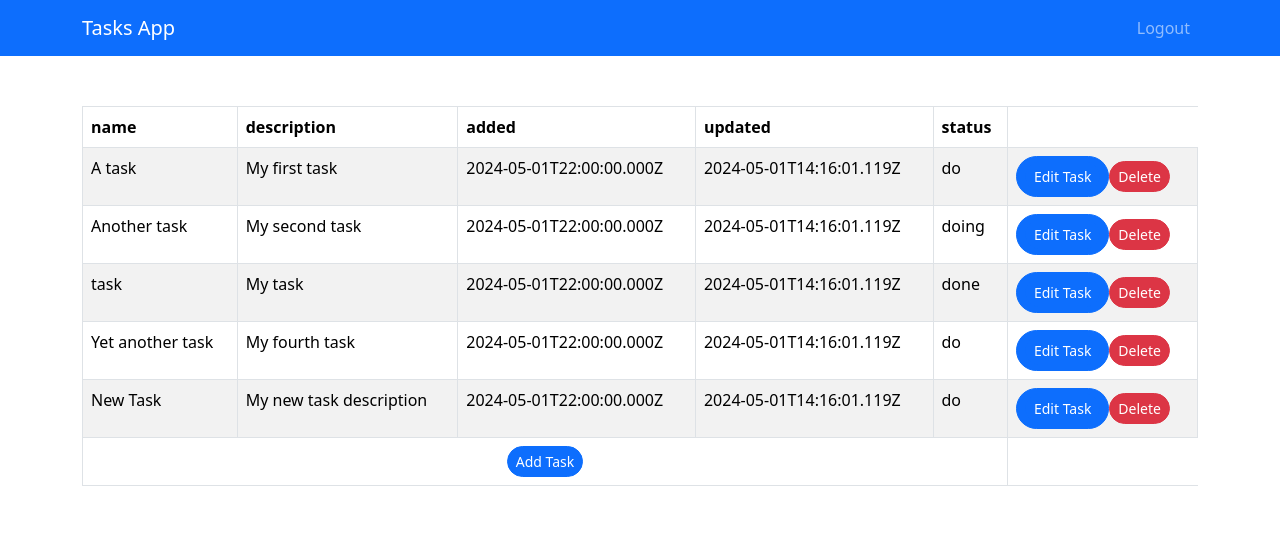
Repository: trider/react-task-manager
Page: /#/tasks
The author's editor kept a copy of each file at every save. The page is drawn from the files as they stood at one save, then again after the next save.
The browser window is 1280 px wide. The pictures show the whole page.
The project was rebuilt for these pictures with package versions that can differ from the ones it lists, and the page was loaded fresh each time. Also part of the build but not shown: src/App.css, src/data/_Users.js, src/pages/Login.js.

Above is the page before, as saved 2024-05-06 15:33:33.

### src/App.js
// import logo from './logo.svg';
import './App.css';
import 'bootstrap/dist/css/bootstrap.min.css';
// import { BrowserRouter, Routes, Route } from "react-router-dom";
import {HashRouter as Router, Routes, Route} from "react-router-dom";
import LoginForm from "./pages/Login";
import TaskList from "./pages/Task";

// const path = process.env.REACT_APP_FOR_PATH;

function App() {
  return (
    <div>
      <Router baseline="/">
        <Routes>
          <Route index element={<LoginForm />} />
            <Route path="login" element={<LoginForm />} />
            <Route path="tasks" element={<TaskList />} />
        </Routes>
      </Router>
    </div>
  );
}

export default App;

### src/pages/Task.js
import * as React from 'react';
import Table from 'react-bootstrap/Table';
import Container from 'react-bootstrap/Container';
import ModalComponent from '../components/Modal';
import userTasks from '../data/_Tasks';
import tableCols from '../data/_Cols';
import NavbarComponent from '../components/Navigation';
import Button from 'react-bootstrap/Button';



const TaskTable = () => {
  return (
    <div>
      <Table striped bordered hover size="lg">
      <thead>
        <tr>
          {tableCols.map((col) => (
            <th key={col}>{col}</th>
          ))}
        </tr>
      </thead>
      <tbody>
        {userTasks.map((task) => (
          <tr key={task.id}>
            {tableCols.map((col) => (
              <td key={col}>{task[col]}</td>
            ))}
            <td>

            <Button  variant="primary rounded-pill" size='sm'>
              <ModalComponent title={'Edit Task'} size={'sm'}/>
            </Button>
            <Button  variant="danger rounded-pill" size='sm' >
            Delete
          </Button>


            </td>
          </tr>
        ))}

      </tbody>
      <tfoot>
        <tr>
          <td colSpan={tableCols.length}>
          <div className="d-grid gap-2 d-md-flex justify-content-md-center">
            <ModalComponent title={'Add Task'} size={'sm'}/>
           </div>
          </td>
        </tr>
      </tfoot>
    </Table>




    </div>
  );
}


const TaskList = () => {
  return (
    <div>

    <NavbarComponent />
    <Container style={{marginTop:"50px"}}>
      <TaskTable />
    </Container>
    </div>
  );
}

export default TaskList;

### src/components/Modal.js
import { useState } from 'react';
import Button from 'react-bootstrap/Button';
import Modal from 'react-bootstrap/Modal';

const ModalComponent = (props) => {
  const [show, setShow] = useState(false);

  const handleClose = () => setShow(false);
  const handleShow = () => setShow(true);
  return (
    <div>
      <Button variant="primary" onClick={handleShow} className='rounded-pill' size={props.size}>
        {props.title}
      </Button>

      <Modal show={show} onHide={handleClose}>
        <Modal.Header closeButton>
          <Modal.Title>{props.title}</Modal.Title>
        </Modal.Header>
        <Modal.Body>
          Woohoo, you are reading this text in a modal!
          <div className='bg-primary text-light text-center' style={{ marginTop: '10px'}}>
          <Button  variant="primary rounded-pill" onClick={handleClose} size='sm' >
            Submit
          </Button>


          </div>


          </Modal.Body>
        {/* <Modal.Footer>


        <div className='bg-primary text-light text-center' >
          <Button  variant="primary" onClick={handleClose}>
            Submit
          </Button>
          </div>
        </Modal.Footer> */}
      </Modal>
    </div>
  );
}

export default ModalComponent;

### src/data/_Tasks.js
const userTasks= [
 {
   id: "6630ab326e723ac1ea6dce7a",
   description: "My first task",
   name: "A task",
   taskId: 1,
   user: "jonnygold",
   added: "2024-05-01T22:00:00.000Z",
   updated: "2024-05-01T14:16:01.119Z",
   status: "do",
   isActive: true
 },
 {
   id: "6630fe5d6e723ac1ea6dce7e",
   description: "My second task",
   name: "Another task",
   taskId: 2,
   user: "jonnygold",
   added: "2024-05-01T22:00:00.000Z",
   updated:"2024-05-01T14:16:01.119Z",
   status: "doing",
   isActive: true
 },
 {
   id: "6630fe826e723ac1ea6dce7f",
   description: "My task",
   name: "task",
   taskId: 3,
   user: "jonnygold",
   added: "2024-05-01T22:00:00.000Z",
   updated:"2024-05-01T14:16:01.119Z",
   status: "done",
   isActive: true
 },
 {
   id: "6631f17cc4c9b7f5ab3c28c3",
   name: "Yet another task",
   description: "My fourth task",
   user: "jonnygold",
   taskId: 4,
   added: "2024-05-01T22:00:00.000Z",
   updated:"2024-05-01T14:16:01.119Z",
   isActive: true,
   status: "do",

 },
 {
   id: "66323f0d54b80929f84ebdd2",
   user: "jonnygold",
   name: "New Task",
   description: "My new task description",
   status: "do",
   taskId: 5,
   added: "2024-05-01T22:00:00.000Z",
   updated:"2024-05-01T14:16:01.119Z",
   isActive: true,
 }

]

export default userTasks

### src/data/_Cols.js
const tableCols = [
 'name',
 'description',
 'added',
 'updated',
 'status',
];

export default tableCols

### src/components/Navigation.js
import * as React from 'react';
import Container from 'react-bootstrap/Container';
import Nav from 'react-bootstrap/Nav';
import Navbar from 'react-bootstrap/Navbar';






const NavbarComponent = () => {
  return (
    <Navbar bg="primary" expand="lg" data-bs-theme="dark">
      <Container>
        <Navbar.Brand href="#home">Tasks App</Navbar.Brand>
        <Navbar.Toggle aria-controls="basic-navbar-nav" />
        <Navbar.Collapse id="basic-navbar-nav">
          <Nav className="me-auto" >
          </Nav>
          <Nav>
            <Nav.Link href="/login">Logout</Nav.Link>
          </Nav>
        </Navbar.Collapse>
      </Container>
    </Navbar>
  );
}



export default NavbarComponent;

Loaded but not shown: public/index.html (common file); src/index.js (common file); src/index.css (common file); src/reportWebVitals.js (common file)

After the next save:
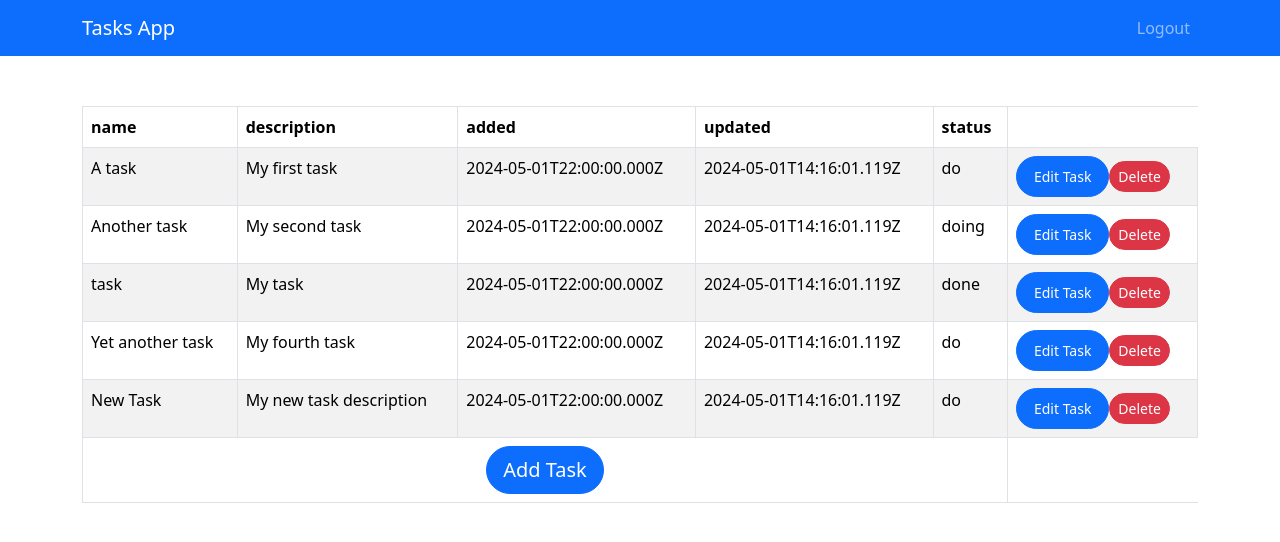
Saved 11 s later.
--- a/src/pages/Task.js
+++ b/src/pages/Task.js
@@ -45,7 +45,7 @@ const TaskTable = () => {
         <tr>
           <td colSpan={tableCols.length}>
           <div className="d-grid gap-2 d-md-flex justify-content-md-center">
-            <ModalComponent title={'Add Task'} size={'sm'}/>
+            <ModalComponent title={'Add Task'} size={'lg'}/>
            </div>
           </td>
         </tr>
